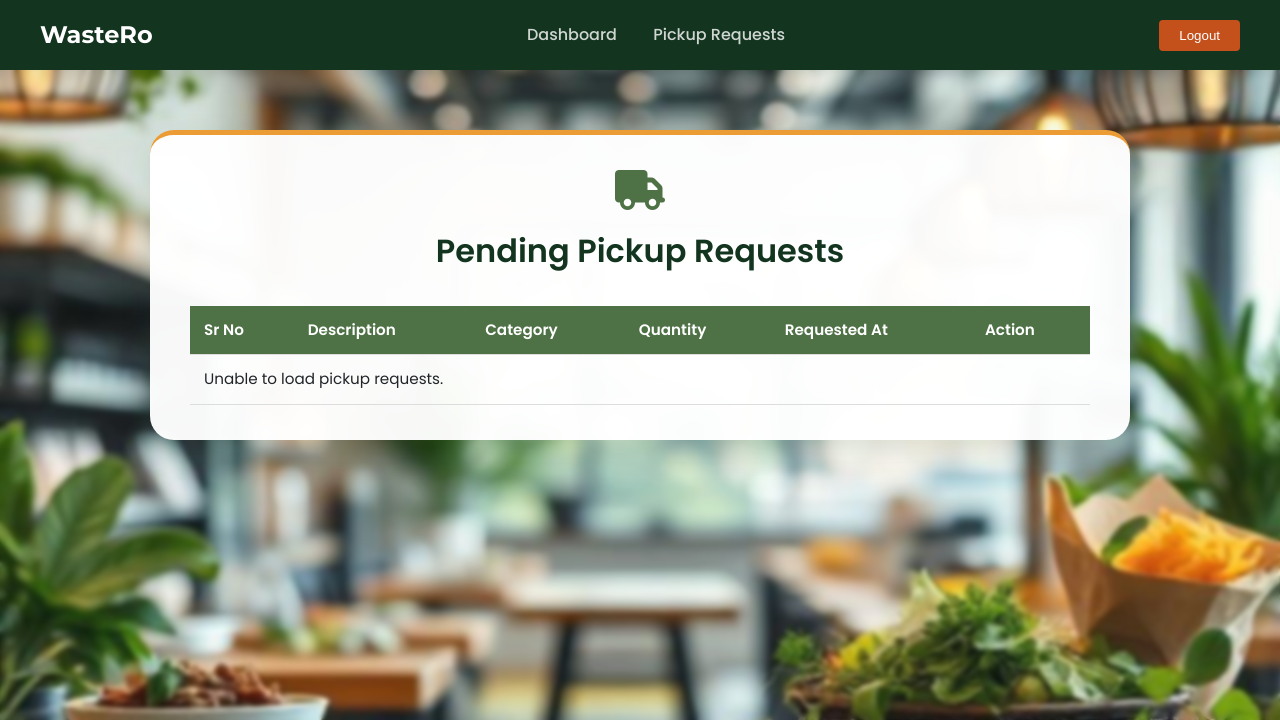
Repository: mahekagrawal25/restaurant-waste-management
Page: frontend/pickup-requests.html
An editor plug-in stored every save of this project. The page is shown before and after a run of saves, followed by the edit.
The browser window is 1280 px wide. The pictures show the whole page.
The page's requests for data from a server got no answer.

Above is the page before, as saved 2025-04-26 13:24:16.
Console error: TypeError: Cannot read properties of null (reading 'getElementsByTagName')

After the next 2 saves:
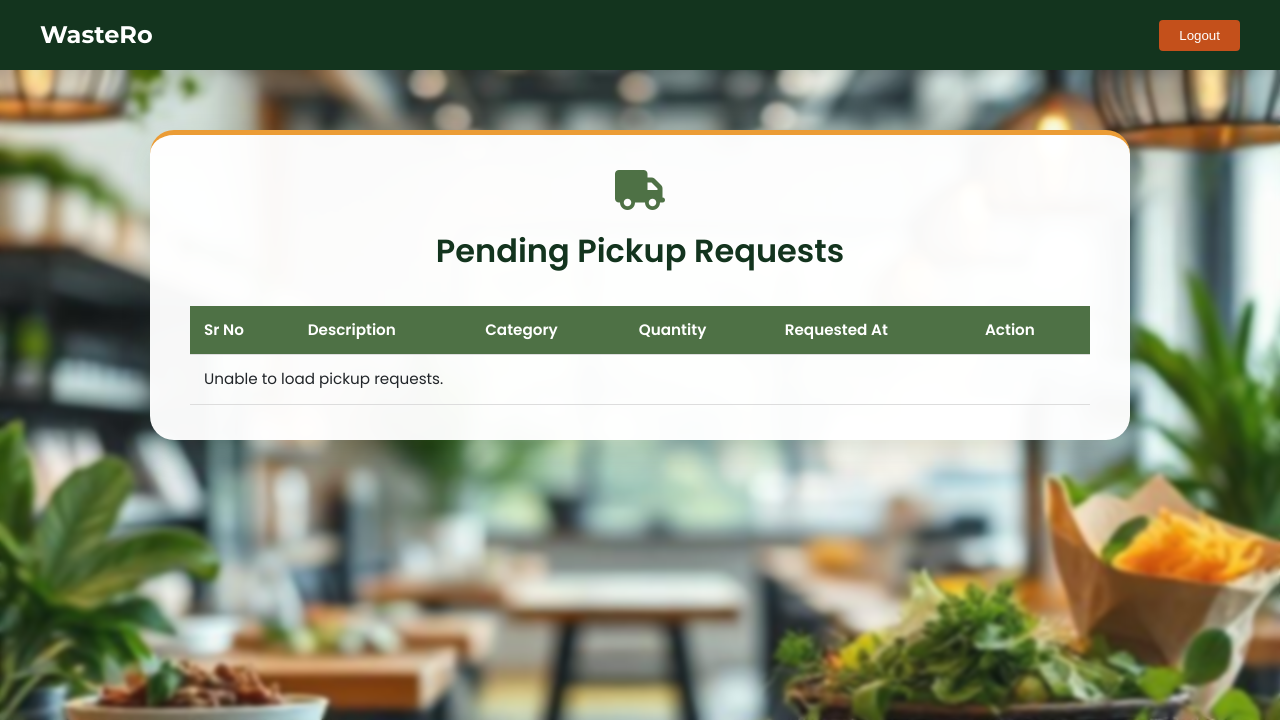
The 2 saves are shown as one change because they came seconds apart.
The last was saved 11 s later.
--- a/frontend/pickup-requests.html
+++ b/frontend/pickup-requests.html
@@ -113,8 +113,8 @@
     <div class="nav-container">
       <div class="logo">WasteRo</div>
       <nav>
-        <a href="collector_dashboard.html">Dashboard</a>
-        <a href="pickup-requests.html" class="active">Pickup Requests</a>
+
+
 
       </nav>
       <button id="logoutBtn" class="btn-logout">Logout</button>
